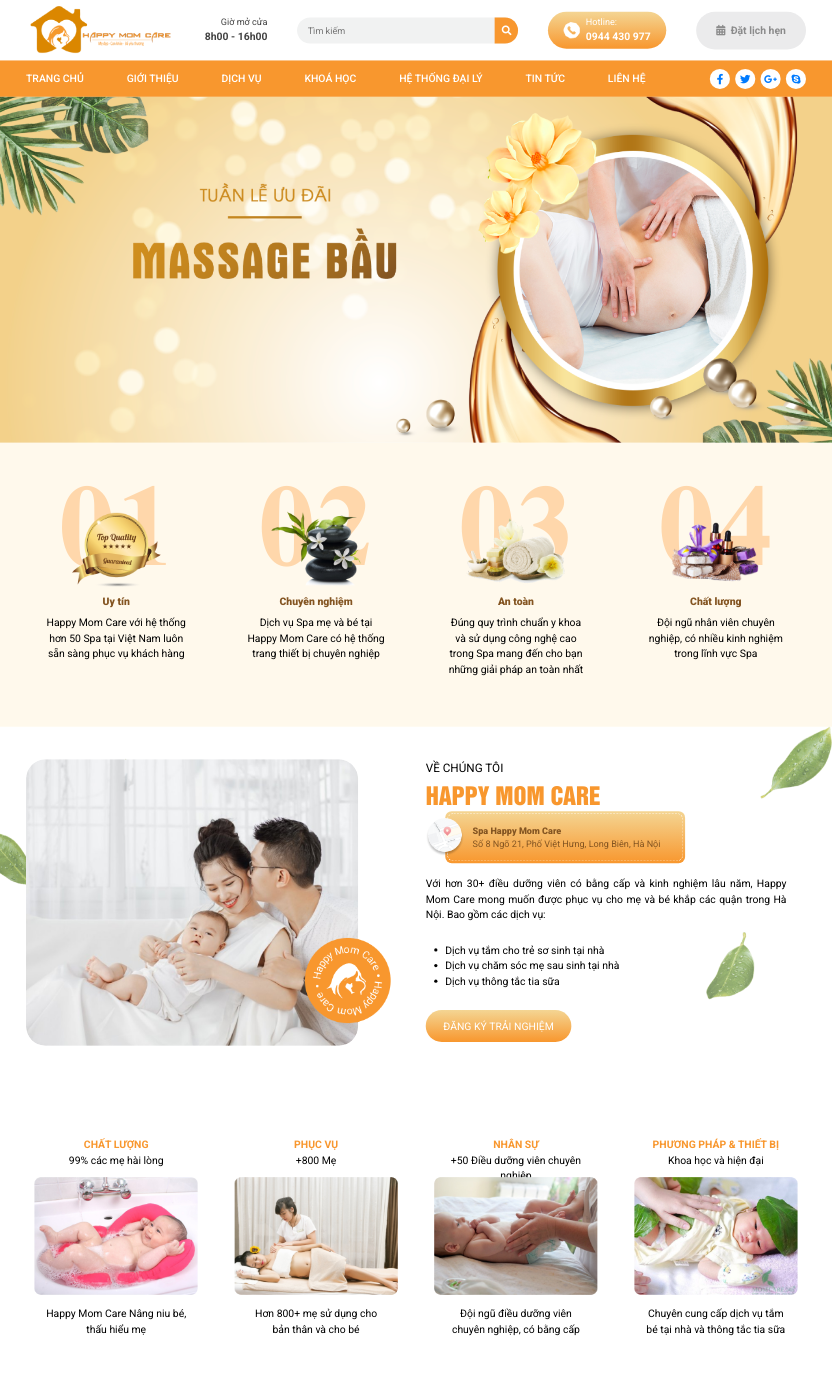
Repository: haianh12082001/happymom
Page: index.html
The author's editor kept a copy of each file at every save. The page is drawn from the files as they stood at one save, then again after the next save.
The browser window is 1280 px wide. The pictures show the whole page, at 65% of full size.
Some web libraries are served in a nearby version. The style sheet was rebuilt from its Sass, Less or Tailwind sources for each picture, by a compiler version that may differ from the author's.

Above is the page before, as saved 2021-11-16 08:49:19.

### index.html
<!DOCTYPE html>
<html lang="en">
    <head>
        <meta charset="UTF-8" />
        <meta http-equiv="X-UA-Compatible" content="IE=edge" />
        <meta name="viewport" content="width=device-width, initial-scale=1.0" />
        <title>Document</title>
        <link href="https://fonts.googleapis.com/css2?family=Roboto:wght@300;400;500;700;900&display=swap" rel="stylesheet" />
        <link rel="stylesheet" href="./assets/fonts/fontawesome-free-5.15.3/css/all.min.css" />
        <link
            rel="stylesheet"
            href="https://cdn.jsdelivr.net/npm/bootstrap@4.6.0/dist/css/bootstrap.min.css"
            integrity="sha384-B0vP5xmATw1+K9KRQjQERJvTumQW0nPEzvF6L/Z6nronJ3oUOFUFpCjEUQouq2+l"
            crossorigin="anonymous"
        />
        <link rel="stylesheet" href="./assets/css/app.css" />
    </head>
    <body>
        <div class="topbar">
            <div class="topbar__container container">
                <div class="topbar__logo">
                    <img src="./assets/img/logo.png" alt="" />
                </div>
                <div class="topbar__openTime">
                    <div class="openTime__text">Giờ mở cửa</div>
                    <div class="openTime__time">8h00 - 16h00</div>
                </div>
                <div class="topbar__seach">
                    <input type="text" name="" id="" placeholder="Tìm kiếm" />
                    <button class="button__seach">
                        <i class="fas fa-search r"></i>
                    </button>
                </div>
                <div class="topbar__hotline">
                    <div class="hotline__icon">
                        <img src="./assets/img/icon__phone.png" alt="" />
                    </div>
                    <div class="hotline__text">
                        <p class="hotline__text--top">Hotline:</p>
                        <p class="hotline__text--bottom">0944 430 977</p>
                    </div>
                </div>
                <div class="topbar__book">
                    <div class="book__icon">
                        <i class="fas fa-calendar-alt"></i>
                    </div>
                    <p class="book__text">Đặt lịch hẹn</p>
                </div>
            </div>
        </div>
        <header class="header">
            <div class="header__container container">
                <ul class="header__list">
                    <li class="header__item">
                        <a href="#" class="header__link">Trang chủ</a>
                    </li>
                    <li class="header__item">
                        <a href="#" class="header__link">Giới thiệu</a>
                    </li>
                    <li class="header__item">
                        <a href="#" class="header__link">Dịch vụ</a>
                    </li>
                    <li class="header__item">
                        <a href="#" class="header__link">Khoá học</a>
                    </li>
                    <li class="header__item">
                        <a href="#" class="header__link">Hệ thống đại lý</a>
                    </li>
                    <li class="header__item">
                        <a href="#" class="header__link">Tin tức</a>
                    </li>
                    <li class="header__item">
                        <a href="#" class="header__link">Liên hệ</a>
                    </li>
                </ul>
                <ul class="header__social">
                    <li>
                        <a href="#">
                            <i class="fab fa-facebook-f"></i>
                        </a>
                    </li>
                    <li>
                        <a href="#">
                            <i class="fab fa-twitter"></i>
                        </a>
                    </li>
                    <li>
                        <a href="#">
                            <i class="fab fa-google-plus-g"></i>
                        </a>
                    </li>
                    <li>
                        <a href="#">
                            <i class="fab fa-skype"></i>
                        </a>
                    </li>
                </ul>
            </div>
        </header>
        <section class="banner">
            <div class="banner__content">
                <div class="banner__img">
                    <img src="./assets/img/banner/Rectangle 28.png" alt="" />
                </div>
                <!-- <div class="banner__phone">
                    <div class="icon">
                        <i class="fas fa-phone-alt"></i>
                    </div>
                    <div class="text">0944 430 977</div>
                </div> -->
            </div>
        </section>
        <section class="bannerAdv">
            <div class="bannerAdv__container container">
                <div class="row">
                    <div class="bannerAdv__item col-lg-3">
                        <div class="bannerAdv__item--top">
                            <div class="text">01</div>
                            <img src="./assets/img/bannerAdv/pngwing 6.png" alt="" />
                        </div>
                        <div class="bannerAdv__item--bottom">
                            <div class="name">Uy tín</div>
                            <p class="des">Happy Mom Care với hệ thống hơn 50 Spa tại Việt Nam luôn sẵn sàng phục vụ khách hàng</p>
                        </div>
                    </div>
                    <div class="bannerAdv__item col-lg-3">
                        <div class="bannerAdv__item--top">
                            <div class="text">02</div>
                            <img src="./assets/img/bannerAdv/pngwing 8.png" alt="" />
                        </div>
                        <div class="bannerAdv__item--bottom">
                            <div class="name">Chuyên nghiệm</div>
                            <p class="des">Dịch vụ Spa mẹ và bé tại Happy Mom Care có hệ thống trang thiết bị chuyên nghiệp</p>
                        </div>
                    </div>
                    <div class="bannerAdv__item col-lg-3">
                        <div class="bannerAdv__item--top">
                            <div class="text">03</div>
                            <img src="./assets/img/bannerAdv/pngwing 9.png" alt="" />
                        </div>
                        <div class="bannerAdv__item--bottom">
                            <div class="name">An toàn</div>
                            <p class="des">Đúng quy trình chuẩn y khoa và sử dụng công nghệ cao trong Spa mang đến cho bạn những giải pháp an toàn nhất</p>
                        </div>
                    </div>
                    <div class="bannerAdv__item col-lg-3">
                        <div class="bannerAdv__item--top">
                            <div class="text">04</div>
                            <img src="./assets/img/bannerAdv/pngwing 10.png" alt="" />
                        </div>
                        <div class="bannerAdv__item--bottom">
                            <div class="name">Chất lượng</div>
                            <p class="des">Đội ngũ nhân viên chuyên nghiệp, có nhiều kinh nghiệm trong lĩnh vực Spa</p>
                        </div>
                    </div>
                </div>
            </div>
        </section>
        <section class="introduce">
            <div class="introduce__container container">
                <div class="row">
                    <div class="col-lg-6">
                        <div class="introduce__img">
                            <img src="./assets/img/Rectangle 33.png" alt="" />
                        </div>
                    </div>
                    <div class="col-lg-6">
                        <div class="introduce__heading">Về chúng tôi</div>
                        <div class="introduce__name">Happy mom care</div>
                        <div class="introduce__address">
                            <div class="introduce__address--img">
                                <img src="./assets/img/Ellipse 29.png" alt="" />
                            </div>
                            <div class="introduce__address--text">
                                <p>Spa Happy Mom Care</p>
                                <span>Số 8 Ngõ 21, Phố Việt Hưng, Long Biên, Hà Nội</span>
                            </div>
                        </div>
                        <div class="introduce__text">
                            <p>
                                Với hơn 30+ điều dưỡng viên có bằng cấp và kinh nghiệm lâu năm, Happy Mom Care mong muốn được phục vụ cho mẹ và bé khắp các quận
                                trong Hà Nội. Bao gồm các dịch vụ:
                            </p>
                            <ul class="text__list">
                                <li>Dịch vụ tắm cho trẻ sơ sinh tại nhà</li>
                                <li>Dịch vụ chăm sóc mẹ sau sinh tại nhà</li>
                                <li>Dịch vụ thông tắc tia sữa</li>
                            </ul>
                        </div>
                        <div class="introduce__btn">
                            <a href="">Đăng ký trải nghiệm</a>
                        </div>
                    </div>
                </div>
            </div>
        </section>
        <section class="blog">
            <div class="blog__container container">
                <div class="row">
                    <div class="blog__item col-lg-3">
                        <div class="blog__name">Chất lượng</div>
                        <div class="blog__subname">99% các mẹ hài lòng</div>
                        <div class="blog__img">
                            <img src="./assets/img/blog/Rectangle 35 (3).png" alt="" />
                        </div>
                        <div class="blog__des">Happy Mom Care Nâng niu bé, thấu hiểu mẹ</div>
                        <div class="blog__btn btn">
                            <a href="">Tìm hiểu thêm</a>
                            <img class="blog__btn--img" src="./assets/img/blog/plant 1.png" alt="" />
                        </div>
                    </div>
                    <div class="blog__item col-lg-3">
                        <div class="blog__name">Phục vụ</div>
                        <div class="blog__subname">+800 Mẹ</div>
                        <div class="blog__img">
                            <img src="./assets/img/blog/Rectangle 35 (4).png" alt="" />
                        </div>
                        <div class="blog__des">Hơn 800+ mẹ sử dụng cho bản thân và cho bé</div>
                        <div class="blog__btn btn">
                            <a href="">Tìm hiểu thêm</a>
                            <img class="blog__btn--img" src="./assets/img/blog/plant 1.png" alt="" />
                        </div>
                    </div>
                    <div class="blog__item col-lg-3">
                        <div class="blog__name">Nhân sự</div>
                        <div class="blog__subname">+50 Điều dưỡng viên chuyên nghiệp</div>
                        <div class="blog__img">
                            <img src="./assets/img/blog/Rectangle 35 (5).png" alt="" />
                        </div>
                        <div class="blog__des">Đội ngũ điều dưỡng viên chuyên nghiệp, có bằng cấp</div>
                        <div class="blog__btn btn">
                            <a href="">Tìm hiểu thêm</a>
                            <img class="blog__btn--img" src="./assets/img/blog/plant 1.png" alt="" />
                        </div>
                    </div>
                    <div class="blog__item col-lg-3">
                        <div class="blog__name">PHƯƠNG PHÁP & THIẾT BỊ</div>
                        <div class="blog__subname">Khoa học và hiện đại</div>
                        <div class="blog__img">
                            <img src="./assets/img/blog/Rectangle 35 (6).png" alt="" />
                        </div>
                        <div class="blog__des">Chuyên cung cấp dịch vụ tắm bé tại nhà và thông tắc tia sữa</div>
                        <div class="blog__btn btn">
                            <a href="">Tìm hiểu thêm</a>
                            <img class="blog__btn--img" src="./assets/img/blog/plant 1.png" alt="" />
                        </div>
                    </div>
                </div>
            </div>
        </section>
        <script type="text/javascript" src="https://code.jquery.com/jquery-1.11.0.min.js"></script>
        <script type="text/javascript" src="https://code.jquery.com/jquery-migrate-1.2.1.min.js"></script>
        <script
            src="https://cdnjs.cloudflare.com/ajax/libs/bootstrap/4.6.0/js/bootstrap.min.js"
            integrity="sha512-XKa9Hemdy1Ui3KSGgJdgMyYlUg1gM+QhL6cnlyTe2qzMCYm4nAZ1PsVerQzTTXzonUR+dmswHqgJPuwCq1MaAg=="
            crossorigin="anonymous"
            referrerpolicy="no-referrer"
        ></script>
        <script type="text/javascript" src="https://cdn.jsdelivr.net/npm/slick-carousel@1.8.1/slick/slick.min.js"></script>
        <script src="./assets/js/main.js"></script>
    </body>
</html>

### assets/sass/app.scss
@import "variables";
@import "reset";
@import "global";
@import "topbar";
@import "header";
@import "banner";
@import "bannerAdv";
@import "introduce";
@import "blog";

### assets/sass/_variables.scss
$font-family: "Roboto", sans-serif;
$color-global: #f8972e;
$text-color: #000000;

### assets/sass/_reset.scss
html {
    box-sizing: border-box;
    scroll-behavior: smooth;
}
* {
    margin: 0;
    padding: 0;
}
*,
*:before,
*:after {
    box-sizing: border-box;
}
input,
textarea,
select,
button {
    outline: none;
}
input {
    line-height: normal;
    outline: none;
    box-shadow: none;
}
input:focus {
    outline: 0;
    border: none;
    box-shadow: none;
}
ul,
li {
    margin: 0;
    padding: 0;
    list-style: none;
}
label,
button {
    cursor: pointer;
}
a {
    text-decoration: none;
    &:hover {
        text-decoration: none;
    }
}
img {
    display: block;
    max-width: 100%;
}

### assets/sass/_global.scss
@font-face {
    font-family: "UTM";
    font-display: swap;
    src: url("../fonts/word/UTM\ HelvetIns.ttf") format("truetype");
}
@font-face {
    font-family: "Time";
    font-display: swap;
    src: url("../fonts/word/timesbd.ttf") format("truetype");
}
body {
    font-family: $font-family;
    margin: 0;
    padding: 0;
    width: 100%;
    font-size: 16px;
    color: $text-color;
}
.container {
    max-width: 1230px;
    margin: 0 auto;
    padding: 0 15px;
}

### assets/sass/_topbar.scss
.topbar {
    height: 93px;
    display: flex;
    align-items: center;
    &__container {
        display: flex;
        align-items: center;
        justify-content: space-between;
    }
    &__logo {
        img {
            max-width: 229px;
            max-height: 84px;
            object-fit: cover;
        }
    }
    &__openTime {
        color: #424242;
        text-align: right;
        .openTime__text {
            font-size: 14px;
            font-weight: 400;
        }
        .openTime__time {
            font-weight: 700;
        }
    }
    &__seach {
        position: relative;
        input {
            width: 340px;
            max-width: 340px;
            background: #f1f2f2;
            padding: 12px 16px;
            font-size: 14px;
            color: #7f808c;
            border: none;
            border-radius: 101px;
        }
        .button__seach {
            position: absolute;
            top: 50%;
            right: 0;
            transform: translateY(-50%);
            border: none;
            width: 36px;
            height: 40px;
            border-radius: 0px 101px 101px 0px;
            background: $color-global;
            i {
                font-size: 15px;
                color: #fff;
            }
        }
    }
    &__hotline {
        background: linear-gradient(180deg, #f4d593 0%, #f8972e 100%);
        border-radius: 50px;
        padding: 6px 24px;
        display: flex;
        .hotline__icon {
            display: flex;
            align-items: center;
            margin-right: 9px;
        }
        .hotline__text {
            p {
                margin-bottom: 0;
                color: #fff;
            }
            &--top {
                font-size: 14px;
                font-weight: 400;
            }
            &--bottom {
                font-weight: 700;
            }
        }
    }
    &__book {
        display: flex;
        align-items: center;
        padding: 17px 31px;
        color: #8b8b8b;
        background: #ebebec;
        border-radius: 100px;
        .book__icon {
            margin-right: 8px;
        }
        .book__text {
            margin-bottom: 0;
            font-weight: 700;
        }
    }
}

### assets/sass/_header.scss
.header {
    // height: 59px;
    background: $color-global;
    &__container {
        display: flex;
        justify-content: space-between;
        align-items: center;
    }
    &__list {
        display: flex;
        justify-content: space-between;
        text-transform: uppercase;
        align-items: center;
        // column-gap: 66px;
    }
    &__item {
        margin-left: 66px;
        padding: 16px 0;
        &:first-child {
            margin-left: 0;
        }
    }
    &__link {
        color: #fff;
        font-weight: 500;
    }
    &__social {
        display: flex;
        align-items: center;
        li {
            width: 31px;
            height: 31px;
            background: #fff;
            border-radius: 50%;
            margin-left: 8px;
            i {
                display: flex;
                height: 100%;
                justify-content: center;
                align-items: center;
            }
        }
    }
}

### assets/sass/_banner.scss
.banner {
    position: relative;
    &__img img {
        width: 100%;
        max-height: 598px;
    }
    &__phone {
        color: #845522;
        display: flex;
        .text {
            font-family: "UTM";
        }
    }
}

### assets/sass/_bannerAdv.scss
.bannerAdv {
    background: #fff9ec;
    padding: 25px 0 60px;
    &__container {
    }
    &__item {
        padding: 0px 46px;
        display: flex;
        flex-direction: column;
        align-items: center;
        &--top {
            position: relative;
            display: inline-block;
            max-width: 180px;
            height: 207px;

            .text {
                color: #ffd7ab;
                font-size: 180px;
                font-weight: 700;
                font-family: "Time";
                line-height: 206px;
            }
            img {
                position: absolute;
                bottom: 10px;
                left: 50%;
                transform: translateX(-50%);
            }
        }
        &--bottom {
            text-align: center;
            .name {
                color: #845522;
                margin-bottom: 9px;
                font-weight: 900;
            }
        }
    }
}

### assets/sass/_introduce.scss
.introduce {
    background-image: url("../img/intro.png");
    background-repeat: no-repeat;
    background-size: 100%;
    padding-top: 50px;
    padding-bottom: 60px;
    &__img {
        width: 511px;
        height: 441px;
        position: relative;

        img {
            width: 100%;
            height: 100%;
            object-fit: cover;
            border-radius: 30px;
        }
        &::before {
            content: "";
            position: absolute;
            width: 132px;
            height: 131px;
            background-image: url("../img/Group\ 2.png");
            bottom: 35px;
            right: -50px;
        }
    }
    &__heading {
        text-transform: uppercase;
        font-weight: 400;
        font-size: 18px;
    }
    &__name {
        text-transform: uppercase;
        font-family: "UTM";
        color: $color-global;
        font-size: 36px;
        line-height: 53px;
    }
    &__address {
        padding-left: 30px;
        position: relative;
        margin-bottom: 20px;
        &--img {
            width: 59px;
            height: 59px;
            position: absolute;
            z-index: 2;
            left: 0;
            top: 50%;
            transform: translateY(-50%);
            img {
                width: 100%;
                height: 100%;
                object-fit: cover;
            }
        }
        &--text {
            padding: 20px 10px 20px 42px;
            background: linear-gradient(180deg, #f4d593 0%, #f8972e 100%);
            border-radius: 10px;
            position: relative;
            width: 369px;
            font-size: 14px;
            color: #845522;
            line-height: 20px;
            z-index: 1;

            &::before {
                content: "";
                position: absolute;
                width: calc(100% - 6px);
                height: calc(100% - 6px);
                top: 3px;
                left: 3px;
                right: 3px;
                bottom: 3px;
                border: 1px dashed #ffffff;
                box-sizing: border-box;
                border-radius: 10px;
            }
            p {
                margin: 0;
                font-weight: 900;
            }
            span {
                font-weight: 400;
            }
        }
    }
    &__text {
        text-align: justify;
        padding-right: 30px;
        margin-bottom: 45px;
        p {
            margin-bottom: 30px;
        }
        .text__list {
            margin-top: 10px;
            padding-left: 30px;

            li {
                list-style: disc;
            }
        }
    }
    &__btn {
        display: initial;
        a {
            text-transform: uppercase;
            color: #fff;
            background: linear-gradient(180deg, #f4d593 0%, #f8972e 100%);
            border-radius: 50px;
            padding: 15px 27px;
        }
    }
}

### assets/sass/_blog.scss
.blog {
    padding-top: 40px;
    &__item {
        padding: 40px 28px 55px 28px;
        // background: #ffffff;
        // box-shadow: 0px 0px 20px rgba(239, 206, 168, 0.5);
        // border-radius: 20px;
    }
    &__name {
        text-align: center;
        text-transform: uppercase;
        color: $color-global;
        font-weight: 700;
    }
    &__subname {
        text-align: center;
        // margin-bottom: 13px;
        height: 38px;
    }
    &__des {
        text-align: center;
        padding: 17px;
        display: -webkit-box;
        -webkit-line-clamp: 2;
        -webkit-box-orient: vertical;
        overflow: hidden;
        text-overflow: ellipsis;
        word-break: break-word;
        // height: 59px;
    }
    &__btn {
        text-align: center;
        margin-top: 10px;
        position: relative;
        display: none;
        a {
            padding: 15px 28px 11px 28px;
            background: linear-gradient(180deg, #f4d593 0%, #f8972e 100%);
            border-radius: 50px;
            text-transform: uppercase;
            color: #fff;
            font-weight: 500;
            box-shadow: 0 3px 0px rgba($color: #c2611c, $alpha: 1);
        }
        &--img {
            position: absolute;
            bottom: 0;
            right: 0;
            transform: translateX(25%);
        }
    }
    &__item:hover {
        box-shadow: 0px 0px 20px rgba(239, 206, 168, 0.5);
        border-radius: 20px;
        .blog__btn {
            display: block;
        }
    }
}

Loaded but not shown: assets/fonts/fontawesome-free-5.15.3/css/all.min.css (library); assets/js/main.js (no copy from this time; the picture is the same without it)

After the next save:
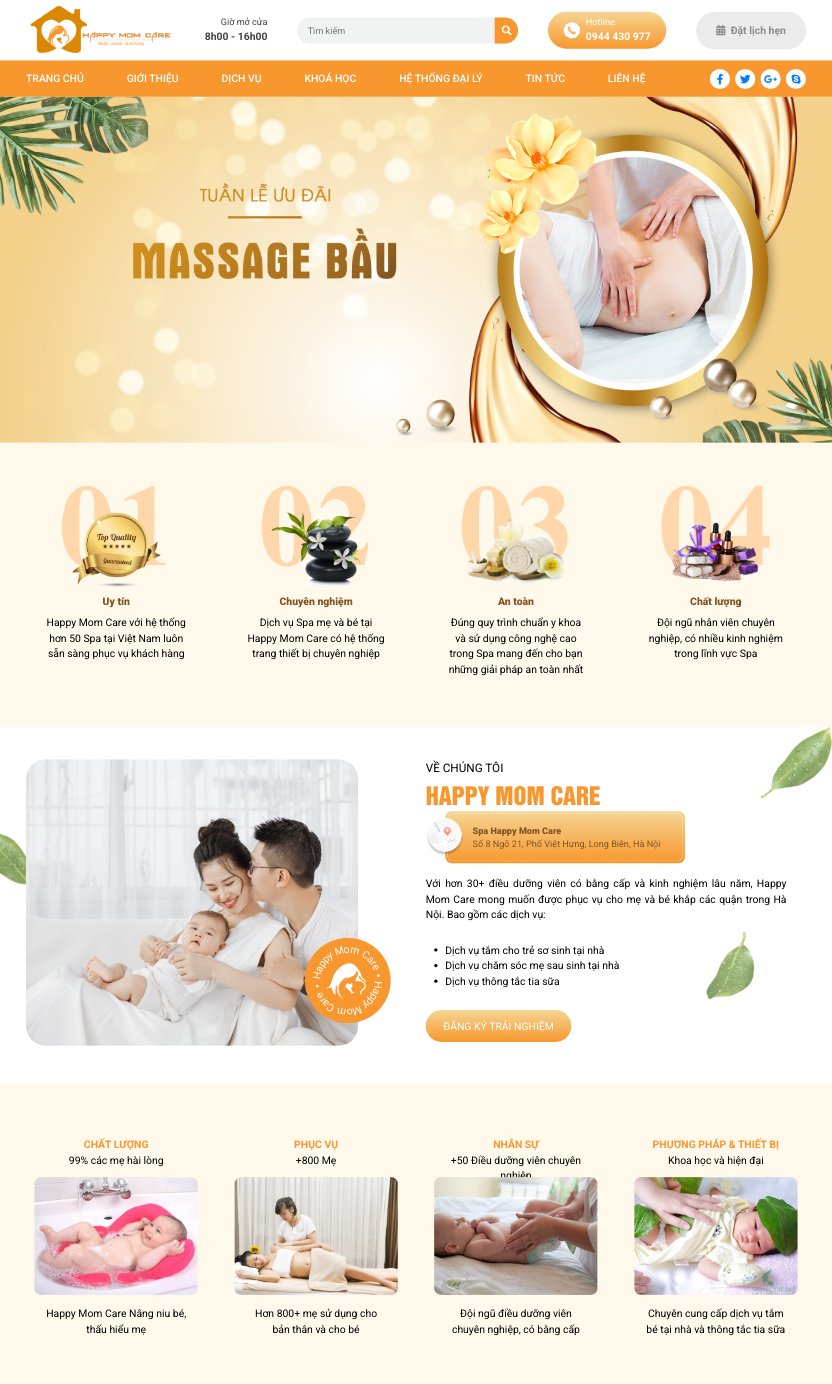
Saved 2 min 11 s later.
--- a/assets/sass/_blog.scss
+++ b/assets/sass/_blog.scss
@@ -1,5 +1,6 @@
 .blog {
     padding-top: 40px;
+    background: #fff9ec;
     &__item {
         padding: 40px 28px 55px 28px;
         // background: #ffffff;
